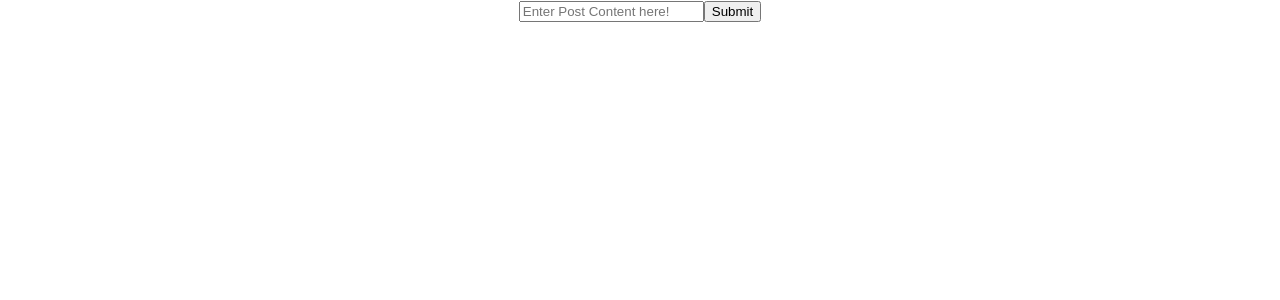
Repository: talhazafar444/Probase-Practice
Page: /
An editor plug-in stored every save of this project. The page is shown before and after the next save, followed by the edit.
The browser window is 1280 px wide. The pictures show the whole page.
The project was rebuilt for these pictures with package versions that can differ from the ones it lists, and the page was loaded fresh each time.

Above is the page before, as saved 2021-03-17 12:57:15.

After the next save:
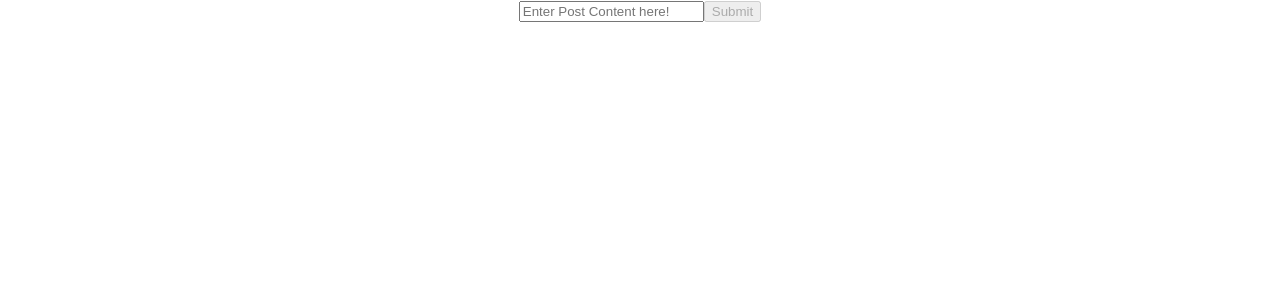
Saved 7 s later.
--- a/src/components/post/post.component.js
+++ b/src/components/post/post.component.js
@@ -13,7 +13,7 @@ const AddPost = () => {
             <input name="content" placeholder="Enter Post Content here!" ref={register({ required: true, pattern: emailRegex })} />
             {errors.content?.type === "required" && REQUIRED_MESSAGE}
             {errors.content?.type === "pattern" && INVALID_EMAIL_MESSAGE}
-            <input type="submit" />
+            <input disabled type="submit" />
         </form>
     );
 }
